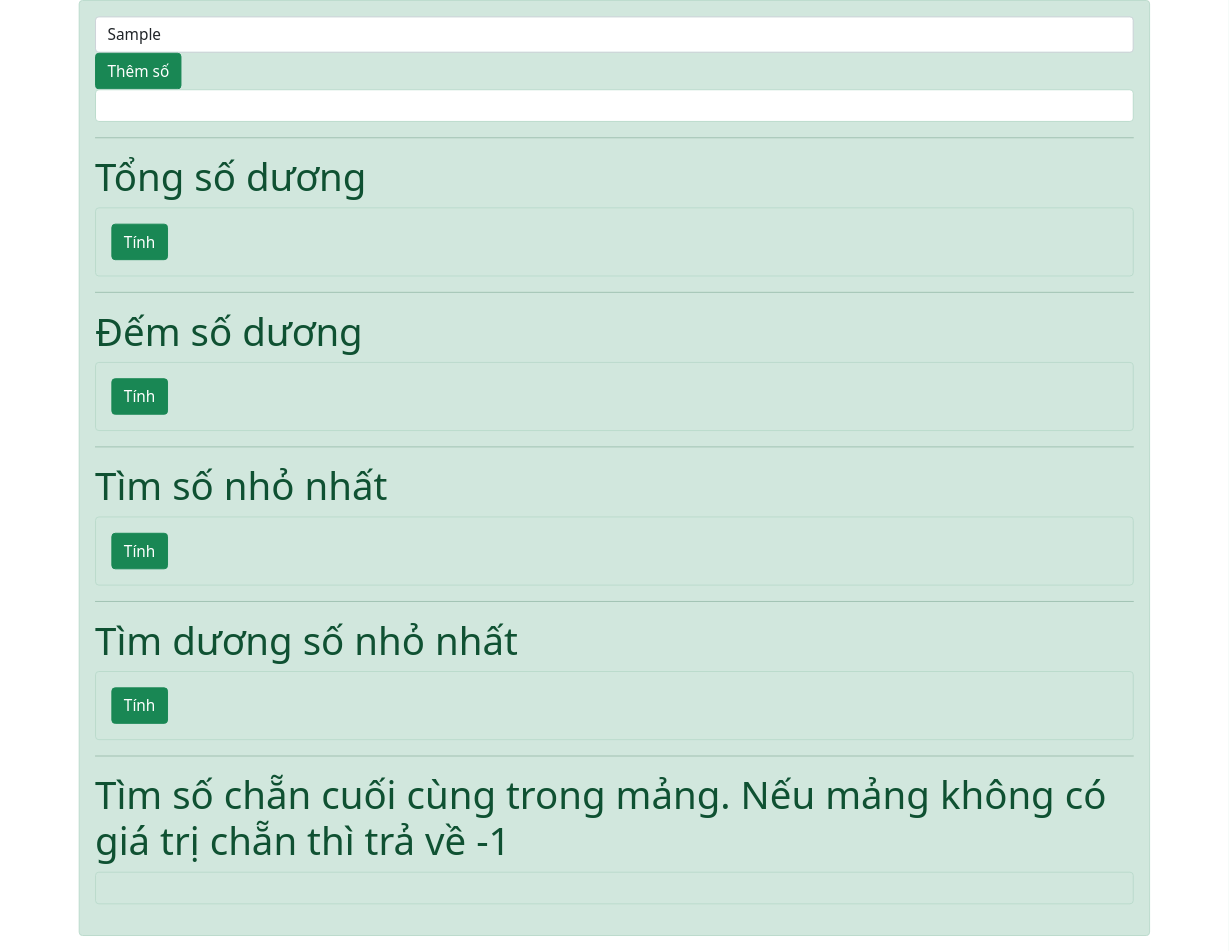
Repository: qkhanh1104k/Js-buoi7-8
Page: index.html
The author's editor kept a copy of each file at every save. The page is drawn from the files as they stood at one save, then again after the next save.
The browser window is 1280 px wide. The pictures show the whole page, at 96% of full size.
Empty fields were first filled with sample values (such as "Sample", 5 or name@example.com).
After loading, the first visible `#resBt6 > button` was clicked once.

Above is the page before, as saved 2022-07-26 21:02:31.

After the next save:
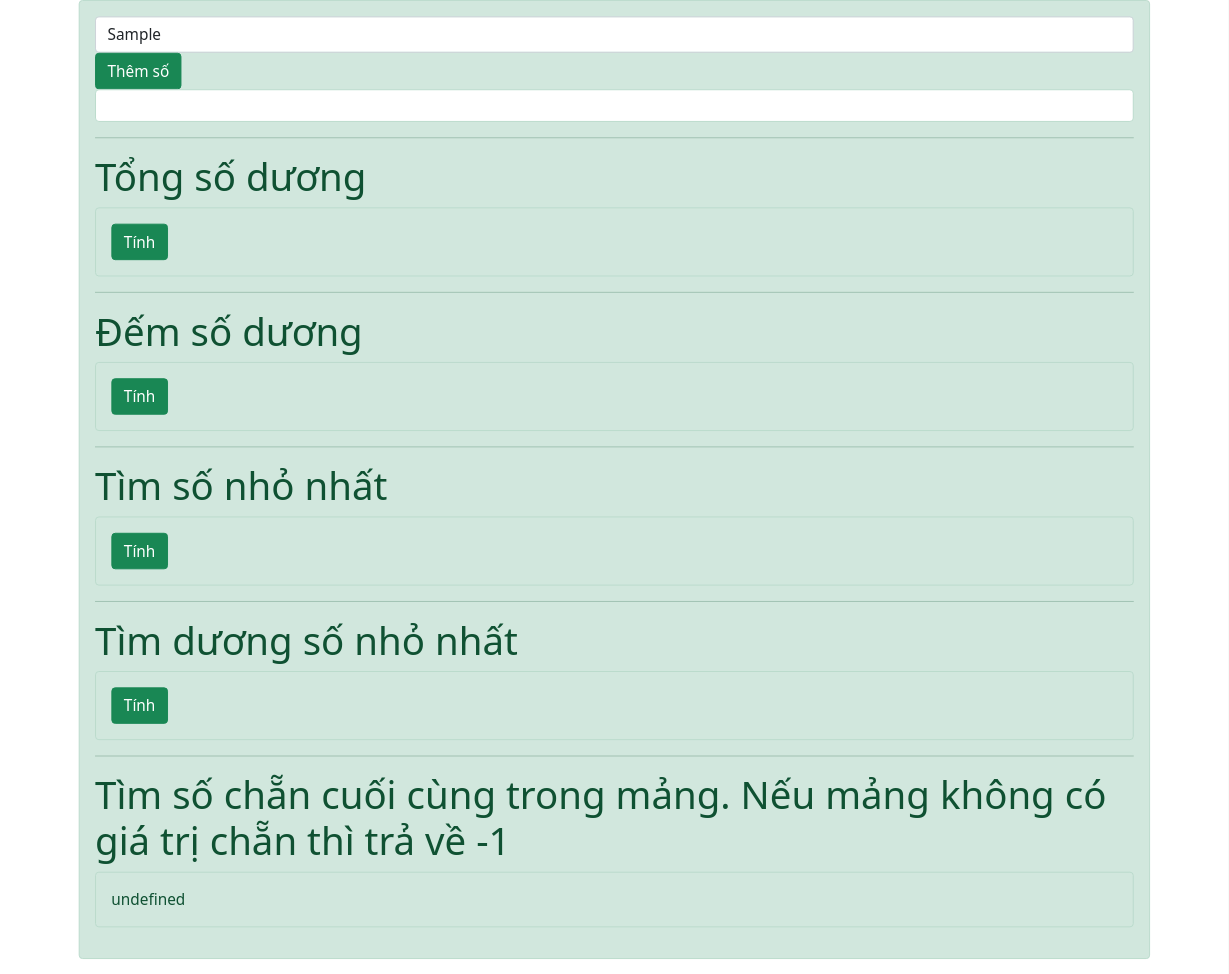
Saved 5 s later.
--- a/index.js
+++ b/index.js
@@ -55,5 +55,5 @@ function findLastEven(){
             num1 = -1;
         }
     }
-    document.getElementById("resBt6").innerHTML = txtNum;
+    document.getElementById("resBt6").innerHTML = num1;
 }

After the save that followed:
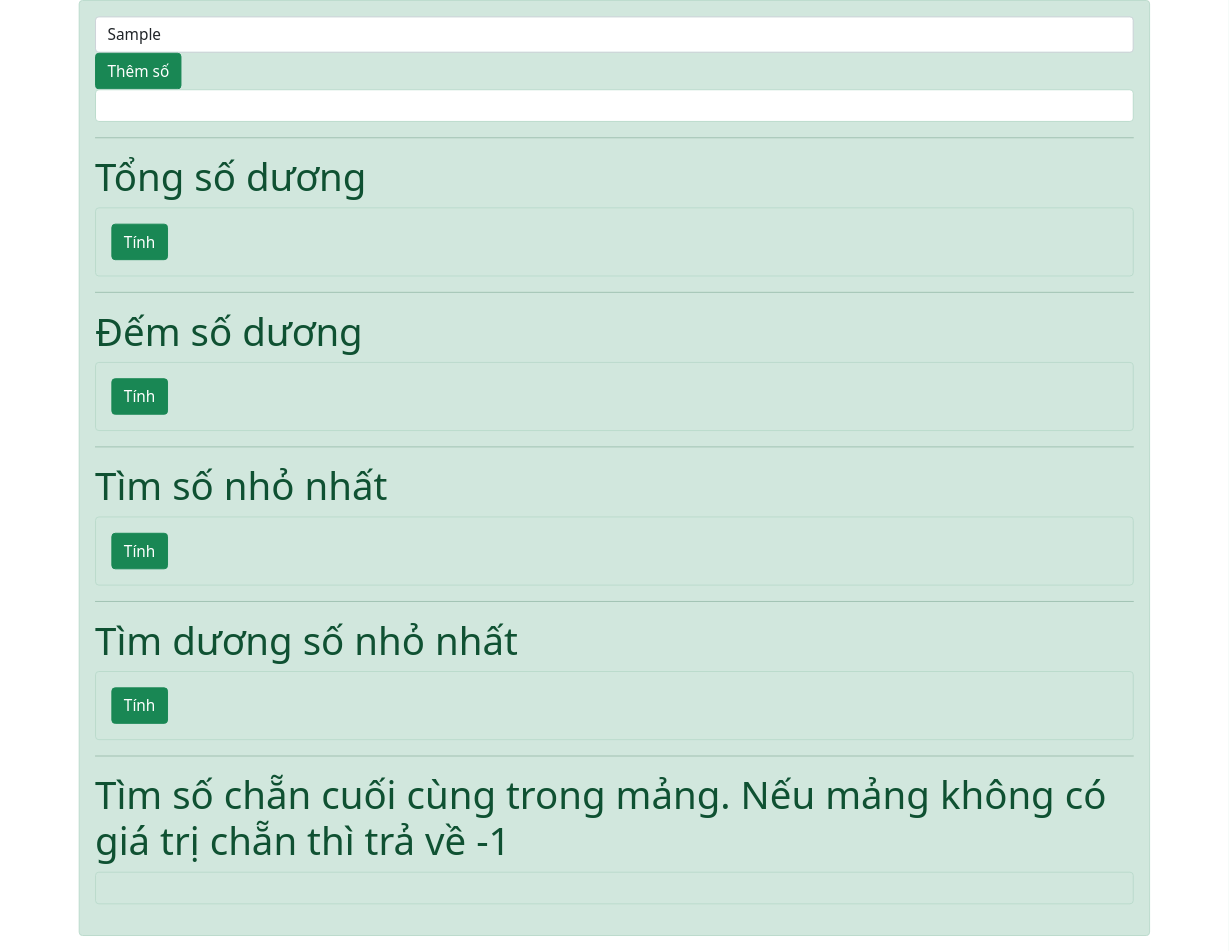
Saved 4 min 28 s later.
--- a/index.js
+++ b/index.js
@@ -47,9 +47,9 @@ function calcTheSmallestNev(){
 
 // ex5:Tìm số chẵn cuối cùng trong mảng. Nếu mảng không có giá trị chẵn thì trả về -1.
 function findLastEven(){
-    var num1;
+    var num1 = " ";
     for ( var i = txtNum.length-1; i >= 0; i--){
-        if (txtNum[i]%2 == 0){
+        if (txtNum[i]  % 2 == 0){
             num1 = txtNum[i];
         }else{
             num1 = -1;
